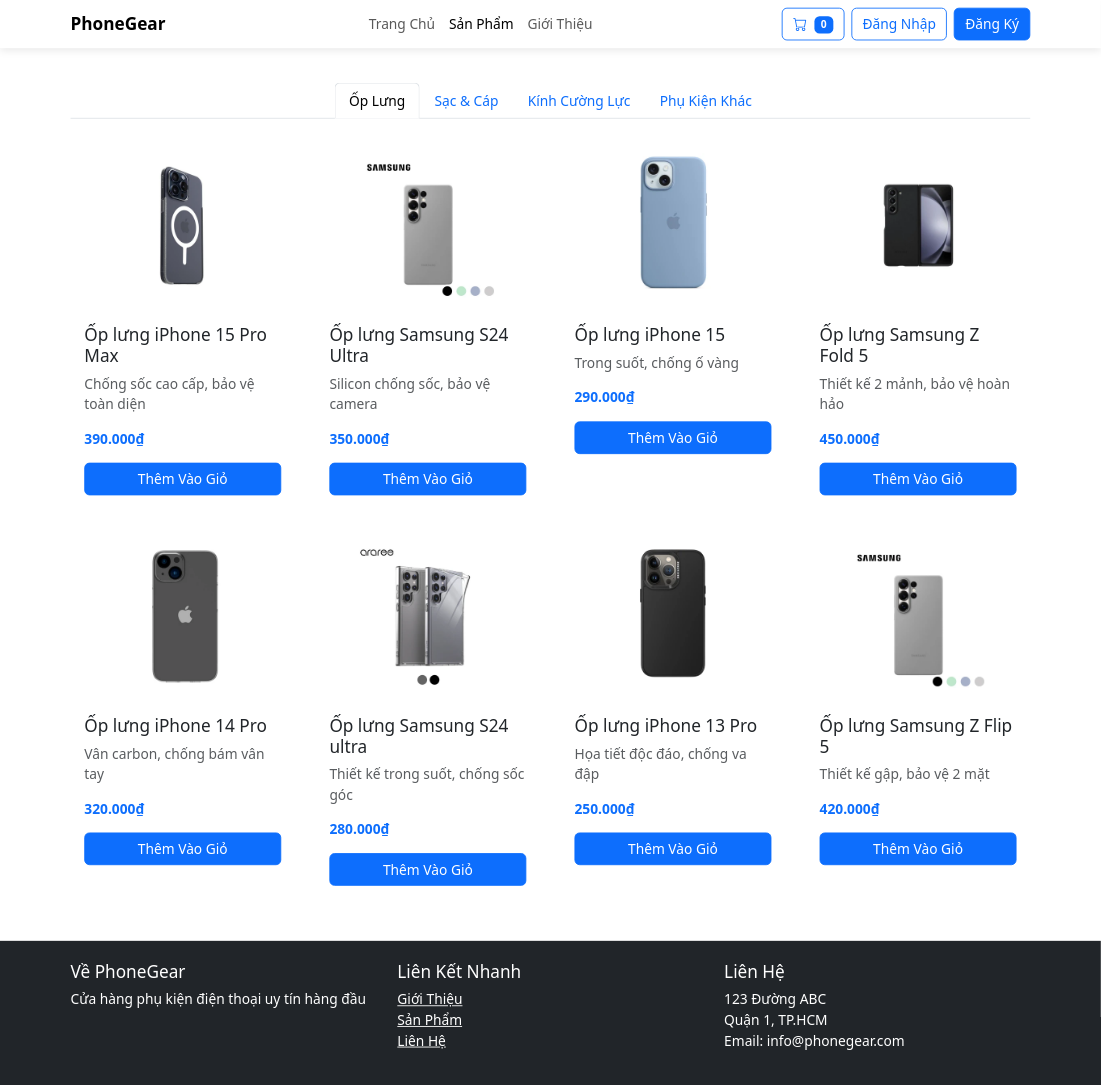
Repository: duyzo/14_23719461_VoNguyenBaoDuy
Page: html/products.html
These files come from the project's save history. The page is drawn as it stood at one moment and after the next save; the edit follows.
The browser window is 1280 px wide. The pictures show the whole page, at 86% of full size.
Some icons come from a web library that is not loaded, so they are not drawn. Some web libraries are served in a nearby version.

Above is the page before, as saved 2025-04-22 15:59:29.
Console error: ReferenceError: initCart is not defined

After the next save:
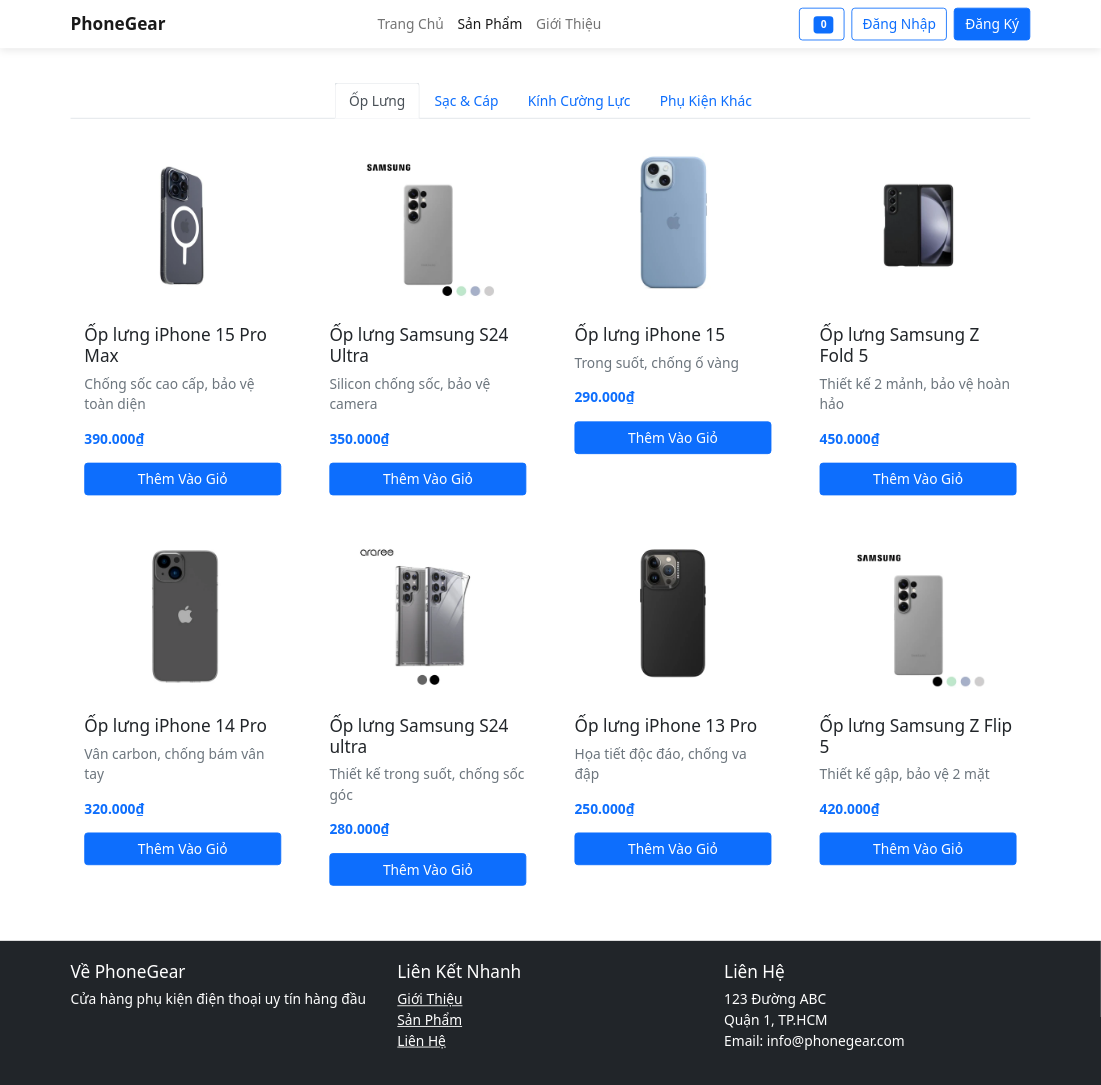
Saved 30 s later.
--- a/html/products.html
+++ b/html/products.html
@@ -4,9 +4,12 @@
     <meta charset="UTF-8">
     <meta name="viewport" content="width=device-width, initial-scale=1.0">
     <title>Sản Phẩm - PhoneGear</title>
-    <link href="https://cdn.jsdelivr.net/npm/bootstrap@5.3.0/dist/css/bootstrap.min.css" rel="stylesheet">
-    <link rel="stylesheet" href="https://cdn.jsdelivr.net/npm/bootstrap-icons@1.7.2/font/bootstrap-icons.css">
+    <link href="../css/bootstrap.min.css" rel="stylesheet">
+    <link href="../css/bootstrap-icons.css" rel="stylesheet">
     <link rel="stylesheet" href="../css/styles.css">
+    <!-- Scripts -->
+    <script src="../js/bootstrap.min.js"></script>
+    <script src="../js/products.js" type="module"></script>
 </head>
 <body>
     <!-- Navigation -->
@@ -126,7 +129,5 @@
         </div>
     </footer>
 
-    <script src="https://cdn.jsdelivr.net/npm/bootstrap@5.3.0/dist/js/bootstrap.bundle.min.js"></script>
-    <script src="../js/products.js" type="module"></script>
 </body>
 </html>
